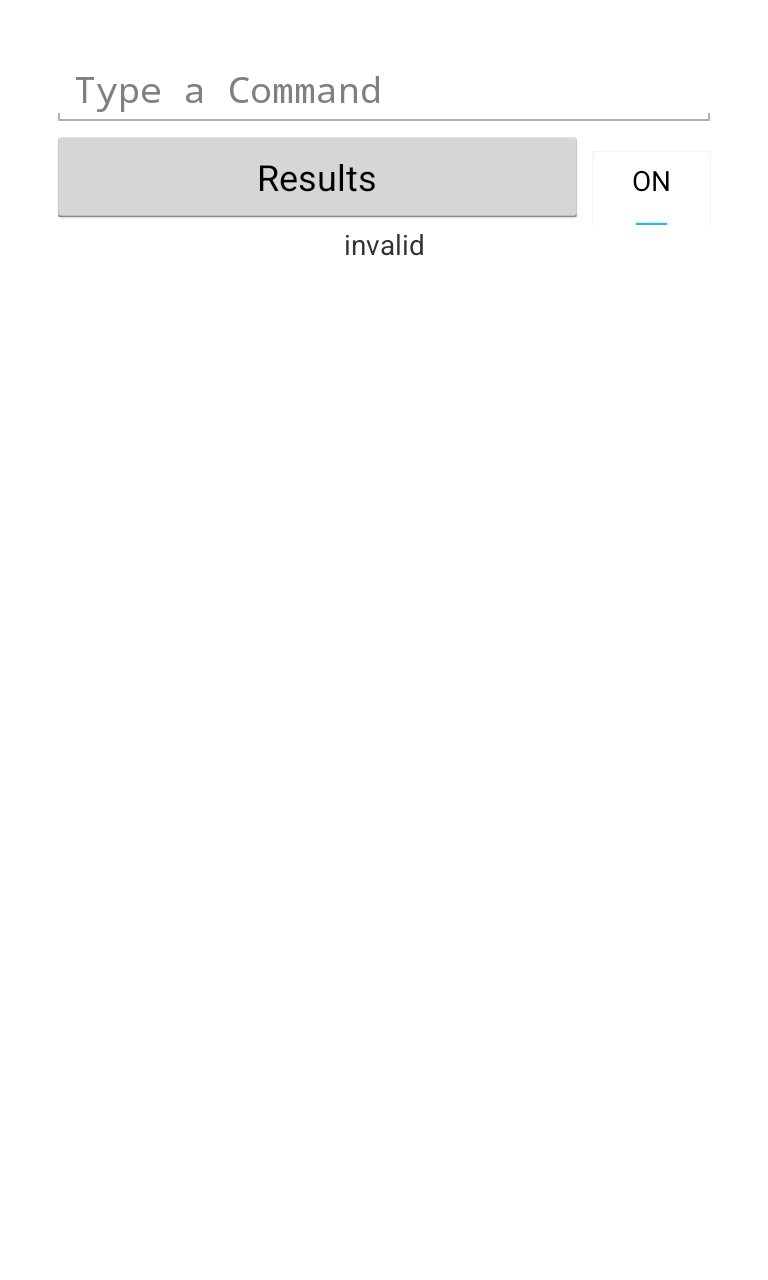
Repository: lcbasu/android
Layout: adt/TheNewBoston/res/layout/text.xml
An editor plug-in stored every save of this project. The layout is shown before and after the next save, followed by the edit.
It is drawn on a 768 x 1280 px phone screen (xhdpi) without system bars, with theme AppTheme; the app's code is not run.

Above is the layout before, as saved 2014-05-19 17:56:13.

After the next save:
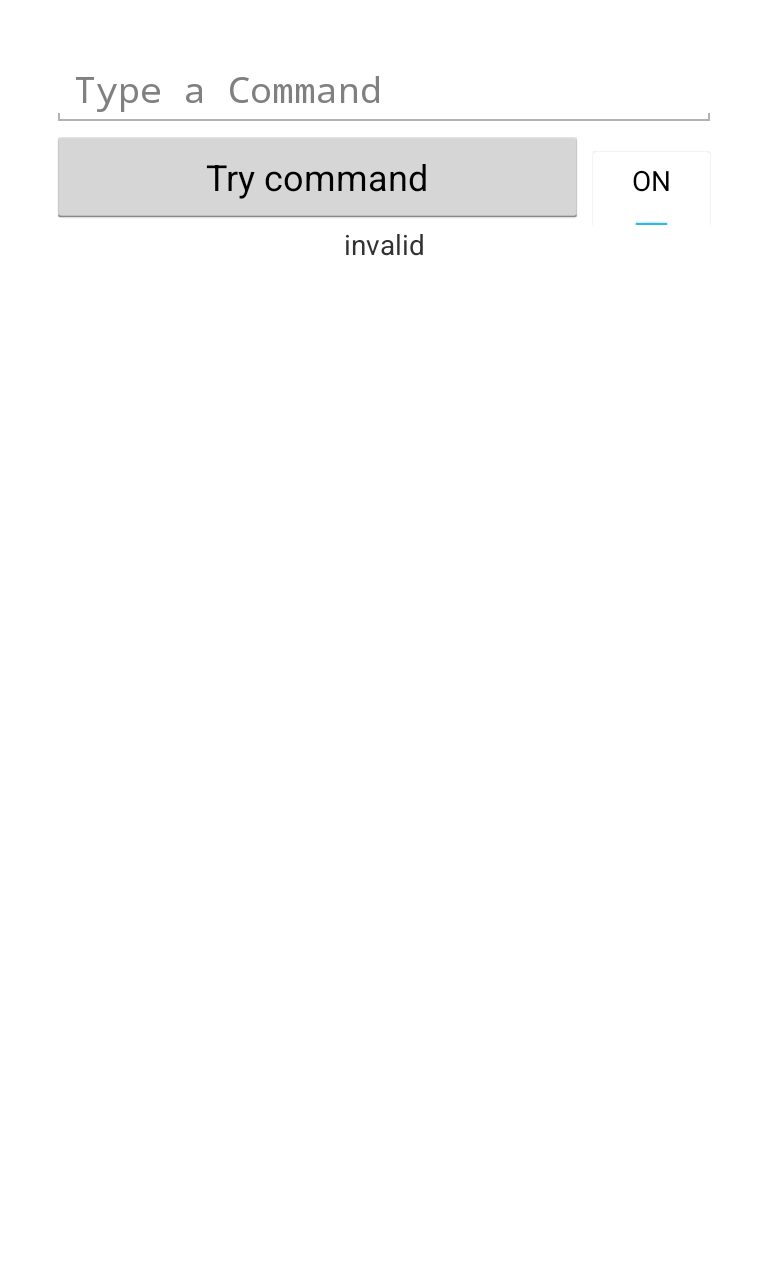
Saved 9 s later.
--- a/adt/TheNewBoston/res/layout/text.xml
+++ b/adt/TheNewBoston/res/layout/text.xml
@@ -24,7 +24,7 @@
             android:layout_height="wrap_content"
             android:layout_weight="20"
             android:gravity="center"
-            android:text="Results" />
+            android:text="Try command" />
 
         <ToggleButton
             android:id="@+id/tgBt"
